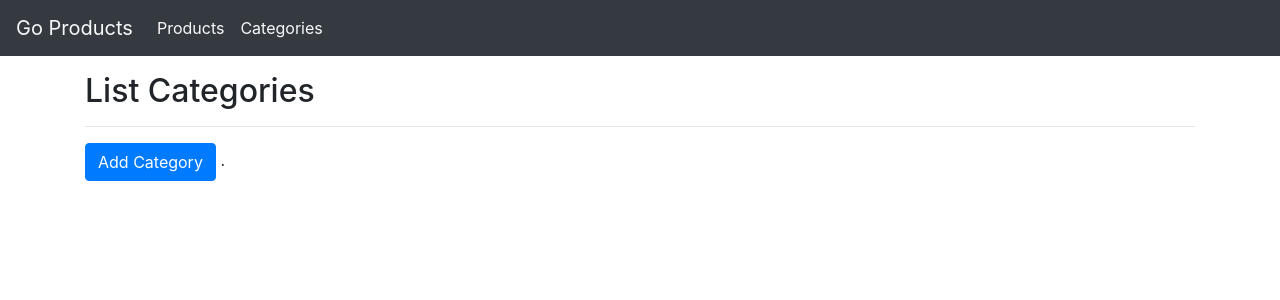
Repository: Nouthemoran/go-web-native-crud
Page: views/category/index.html
The author's editor kept a copy of each file at every save. The page is drawn from the files as they stood at one save, then again after a run of saves.
The browser window is 1280 px wide. The pictures show the whole page.

Above is the page before, as saved 2023-10-04 15:37:55.

After the next 3 saves:
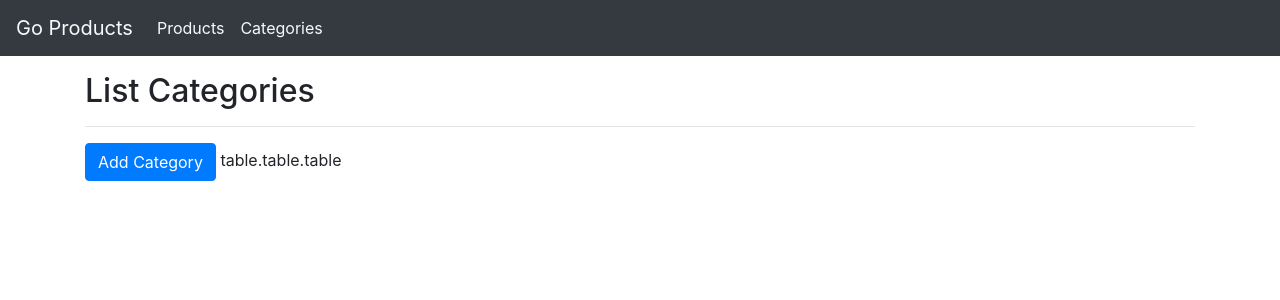
The 3 saves are shown as one change because they came seconds apart.
The last was saved 12 s later.
--- a/views/category/index.html
+++ b/views/category/index.html
@@ -34,7 +34,7 @@
         <h2>List Categories</h2>
         <hr>
         <a href="/category/create" class="btn btn-primary">Add Category</a>
-        .
+        table.table.table
     </div>
 
     <!-- Optional JavaScript -->
